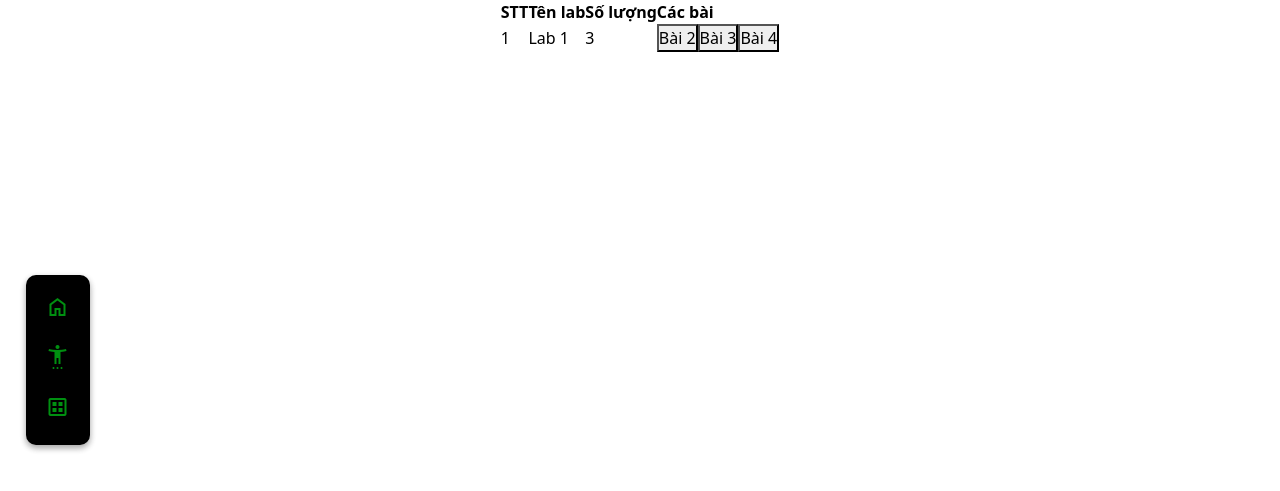
Repository: tuankiet10920/homeworkFEF
Page: /labs
An editor plug-in stored every save of this project. The page is shown before and after the next save, followed by the edit.
The browser window is 1280 px wide. The pictures show the whole page.
The project was rebuilt for these pictures with package versions that can differ from the ones it lists, and the page was loaded fresh each time. Also part of the build but not shown: vite.config.js, src/components/HelloWorld.vue, src/Labs/Lab1/Bai2.vue, src/views/HomeView.vue.

Above is the page before, as saved 2024-10-22 17:28:05.

### index.html
<!doctype html>
<html lang="en">
  <head>
    <meta charset="UTF-8" />
    <link rel="icon" href="/favicon.ico" />
    <meta name="viewport" content="width=device-width, initial-scale=1.0" />
    <link
      href="https://cdn.jsdelivr.net/npm/bootstrap@5.3.3/dist/css/bootstrap.min.css"
      rel="stylesheet"
      integrity="sha384-QWTKZyjpPEjISv5WaRU9OFeRpok6YctnYmDr5pNlyT2bRjXh0JMhjY6hW+ALEwIH"
      crossorigin="anonymous"
    />
    <link
      rel="stylesheet"
      href="https://fonts.googleapis.com/css2?family=Material+Symbols+Outlined:opsz,wght,FILL,GRAD@20..48,100..700,0..1,-50..200"
    />
    <title>Vite App</title>
    <link rel="stylesheet" href="./src/assets/css/main.css" />
  </head>
  <body>
    <div id="app"></div>
    <script
      src="https://cdn.jsdelivr.net/npm/bootstrap@5.3.3/dist/js/bootstrap.bundle.min.js"
      integrity="sha384-YvpcrYf0tY3lHB60NNkmXc5s9fDVZLESaAA55NDzOxhy9GkcIdslK1eN7N6jIeHz"
      crossorigin="anonymous"
    ></script>
    <script type="module" src="/src/main.js"></script>
  </body>
</html>

### src/assets/css/main.css
* {
  margin: 0;
  padding: 0;
  box-sizing: border-box;
  text-decoration: none;
  color: #000;
  font-size: 16px;
}

### src/App.vue
<script setup>
import { RouterLink, RouterView } from 'vue-router'
import HelloWorld from './components/HelloWorld.vue'
import Icon from './components/Icon.vue'
</script>

<template>
  <header>
    <div class="wrapper">
      <nav>
        <RouterLink to="/">
          <Icon iconName="home" />
        </RouterLink>

        <RouterLink to="/about">
          <Icon iconName="settings_accessibility" />
        </RouterLink>

        <RouterLink to="/labs">
          <Icon iconName="dataset" />
        </RouterLink>
      </nav>
    </div>
  </header>
  <RouterView />
</template>

<style scoped>
.wrapper nav a {
  margin-bottom: 20px;
  width: fit-content;
  text-decoration: none;
}
.wrapper nav a span {
  color: #009011;
}
.wrapper nav a:last-child {
  margin-bottom: 0;
}
nav {
  display: flex;
  flex-direction: column;
  justify-content: center;
  position: absolute;
  top: 50%;
  left: 2%;
  transform: translateY(-50%);
  padding: 20px;
  border-radius: 10px;
  background: #000;
  box-shadow:
    rgba(0, 0, 0, 0.16) 0px 3px 6px,
    rgba(0, 0, 0, 0.23) 0px 3px 6px;
}
</style>

### src/router/index.js
import { createRouter, createWebHistory } from 'vue-router'
import HomeView from '../views/HomeView.vue'

const router = createRouter({
  history: createWebHistory(import.meta.env.BASE_URL),
  routes: [
    {
      path: '/',
      name: 'home',
      component: HomeView,
    },
    {
      path: '/about',
      name: 'about',
      // route level code-splitting
      // this generates a separate chunk (About.[hash].js) for this route
      // which is lazy-loaded when the route is visited.
      component: () => import('../views/AboutView.vue'),
    },
    {
      path: '/labs',
      name: 'labs',
      component: () => import('../views/LabView.vue'),
    },
    // cac bai labs

    // Lab 1
    {
      path: '/bai2lab1',
      name: 'bai2lab1',
      component: () => import('../Labs/Lab1/Bai2.vue'),
    },
    {
      path: '/bai3lab1',
      name: 'bai3lab1',
      component: () => import('../Labs/Lab1/Bai3.vue'),
    },
    {
      path: '/bai4lab1',
      name: 'bai4lab1',
      component: () => import('../Labs/Lab1/Bai4.vue'),
    },
  ],
})

export default router

### src/components/Icon.vue
<script setup>
const props = defineProps(['iconName'])
</script>
<template>
  <span class="material-symbols-outlined"> {{ props.iconName }} </span>
</template>
<style scoped></style>

### src/views/LabView.vue
<script src></script>
<template>
  <div class="labs">
    <table>
      <thead>
        <tr>
          <th>STT</th>
          <th>Tên lab</th>
          <th>Số lượng</th>
          <th>Các bài</th>
        </tr>
      </thead>
      <tbody>
        <tr>
          <td>1</td>
          <td>Lab 1</td>
          <td>3</td>
          <td>
            <RouterLink to="/bai2lab1">
              <button type="button">Bài 2</button>
            </RouterLink>
            <RouterLink to="/bai3lab1">
              <button type="button">Bài 3</button>
            </RouterLink>
            <RouterLink to="/bai4lab1">
              <button type="button">Bài 4</button>
            </RouterLink>
          </td>
        </tr>
      </tbody>
    </table>
  </div>
</template>
<style scoped>
.labs {
  width: 100%;
  display: flex;
  justify-content: center;
}
table {
  border-collapse: collapse;
}
</style>

Loaded but not shown: src/main.js (common file)

After the next save:
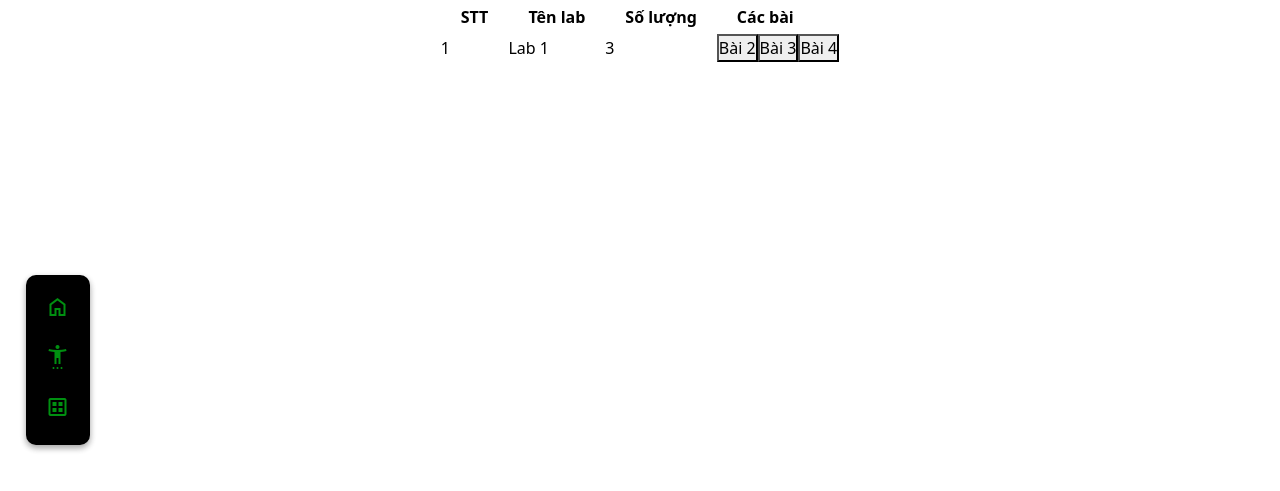
Saved 13 s later.
--- a/src/views/LabView.vue
+++ b/src/views/LabView.vue
@@ -40,4 +40,7 @@
 table {
   border-collapse: collapse;
 }
+th {
+  padding: 5px 20px;
+}
 </style>
